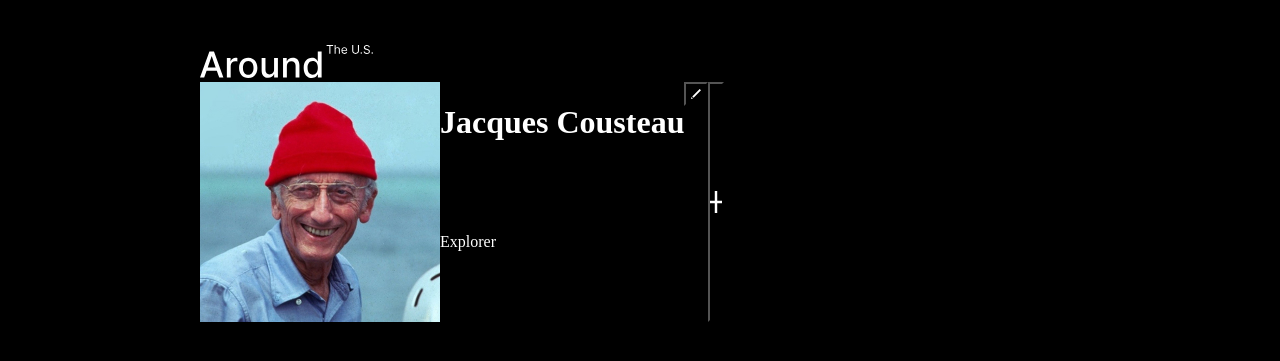
Repository: al-XLeMEsTRE/Around-The-U.S
Page: index.html
The author's editor kept a copy of each file at every save. The page is drawn from the files as they stood at one save, then again after the next save.
The browser window is 1280 px wide. The pictures show the whole page.

Above is the page before, as saved 2023-12-12 13:39:58.

### index.html
<!DOCTYPE html>
<html lang="en">
  <head>
    <meta charset="UTF-8" />
    <meta name="viewport" content="width=device-width, initial-scale=1" />
    <meta name="author" content="Gregory Alexandre" />
    <meta
      name="description"
      content="Discover breathtaking landscapes across the U.S. with our travel guide inspired by the legendary explorer Jacques Cousteau. Explore Yosemite Valley, Lake Louise, and the Bald Mountains."
    />
    <meta
      name="keywords"
      content="Jacques Cousteau, explorer, exploration, travel, adventure, nature, landscapes, Yosemite Valley, Lake Louise, Bald Mountains, scenic views, national parks, outdoor photography, travel inspiration"
    />
    <title>Around the U.S</title>
    <link rel="shortcut icon" href="./favicon.ico" />
    <link rel="stylesheet" type="text/css" href="./pages/index.css" />
    <!-- Additional tags such as Open Graph and Twitter cards can be added here for social media optimization -->
    <!-- Open Graph meta tags -->
    <meta
      property="og:title"
      content="Explore with Jacques Cousteau | U.S. Landscapes"
    />
    <meta
      property="og:description"
      content="Join the journey through the most picturesque landscapes of the U.S., following in the footsteps of Jacques Cousteau."
    />
    <meta property="og:image" content="./images/og-image.jpg" />
    <meta property="og:type" content="website" />
  </head>

  <body class="page">
    <div class="content">
      <header class="header">
        <img
          src="./images/jacques-cousteau.svg"
          alt="logo"
          class="header__logo"
        />
      </header>
      <main class="main">
        <section class="profile">
          <img
            class="profile__avatar"
            src="./images/jacques-cousteau.jpg"
            alt="avatar"
          />
          <div class="profile__info">
            <h1 class="profile__title">Jacques Cousteau</h1>
            <button class="profile__edit-button" type="button"></button>
            <p class="profile__subtitle">Explorer</p>
          </div>
          <button class="profile__add-button"></button>
        </section>
      </main>
    </div>
  </body>
</html>

### pages/index.css
@import url("../vendor/normalize.css");
@import url("../vendor/fonts.css");
@import url("../blocks/page.css");
@import url("../blocks/header.css");
@import url("../blocks/content.css");
@import url("../blocks/profile.css");
@import url("../blocks/footer.css");
@import url("../blocks/card.css");
@import url("../blocks/cards.css");

### vendor/fonts.css
@font-face {
  font-family: "Inter";
  font-style: normal;
  font-weight: 400;
  font-display: swap;
  src: url("./fonts/Inter-Regular.woff2") format("woff2");
}

@font-face {
  font-family: "Inter";
  font-style: normal;
  font-weight: 500;
  font-display: swap;
  src: url("./fonts/Inter-Medium.woff2") format("woff2");
}

@font-face {
  font-family: "Inter";
  font-style: normal;
  font-weight: 800;
  font-display: swap;
  src: url("./fonts/Inter-ExtraBold.woff2") format("woff2");
}

### blocks/page.css
.page {
  background-color: black;
  color: white;
}

.content {
  margin-left: 200px;
  margin-right: 200px;
}
.header {
  margin-top: 45px;
  width: 880px;
}
.profile {
  display: flex;
}
.profile__info {
  display: grid;
  grid-template-areas:
    "title button"
    "description description";
  grid-template-columns: minmax(auto 373px) auto;
}
.profile__edit-button {
  background: url(../images/edit-button.svg) center no-repeat;
  height: 24px;
  width: 24px;
}

.profile__add-button {
  background: url(../images/add-button.svg) center no-repeat;
}

Loaded but not shown: vendor/normalize.css (library); blocks/header.css (no stored copy; drawn as an empty file); blocks/content.css (no stored copy; drawn as an empty file); blocks/profile.css (no stored copy; drawn as an empty file); blocks/footer.css (no stored copy; drawn as an empty file); blocks/card.css (no stored copy; drawn as an empty file); blocks/cards.css (no stored copy; drawn as an empty file)

After the next save:
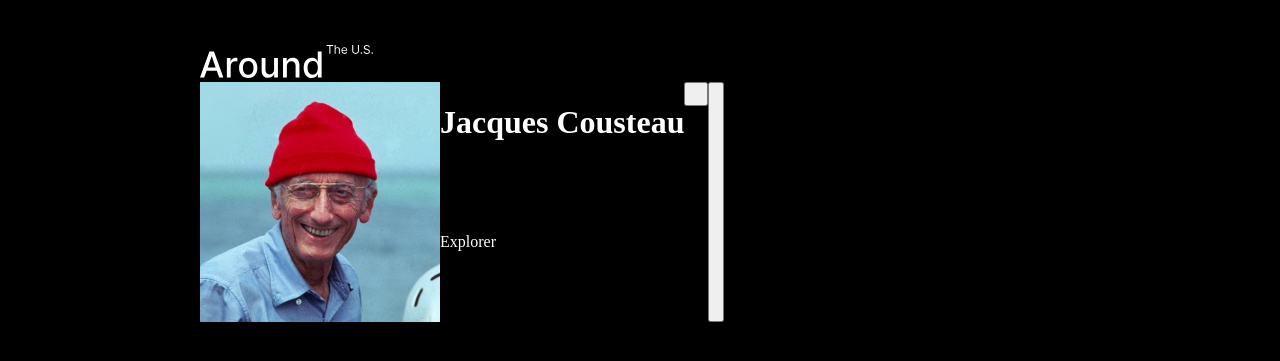
Saved 75 s later.
--- a/blocks/page.css
+++ b/blocks/page.css
@@ -22,11 +22,11 @@
   grid-template-columns: minmax(auto 373px) auto;
 }
 .profile__edit-button {
-  background: url(../images/edit-button.svg) center no-repeat;
+  background-color: transparent url(../images/edit-button.svg) center no-repeat;
   height: 24px;
   width: 24px;
 }
 
 .profile__add-button {
-  background: url(../images/add-button.svg) center no-repeat;
+  background-color: transparent url(../images/add-button.svg) center no-repeat;
 }

After the save that followed:
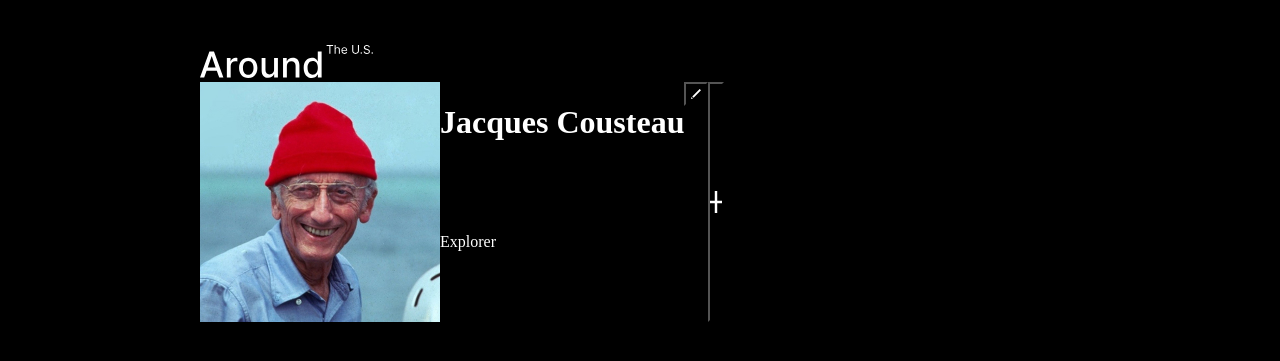
Saved 26 s later.
--- a/blocks/page.css
+++ b/blocks/page.css
@@ -22,11 +22,11 @@
   grid-template-columns: minmax(auto 373px) auto;
 }
 .profile__edit-button {
-  background-color: transparent url(../images/edit-button.svg) center no-repeat;
+  background: transparent url(../images/edit-button.svg) center no-repeat;
   height: 24px;
   width: 24px;
 }
 
 .profile__add-button {
-  background-color: transparent url(../images/add-button.svg) center no-repeat;
+  background: transparent url(../images/add-button.svg) center no-repeat;
 }
